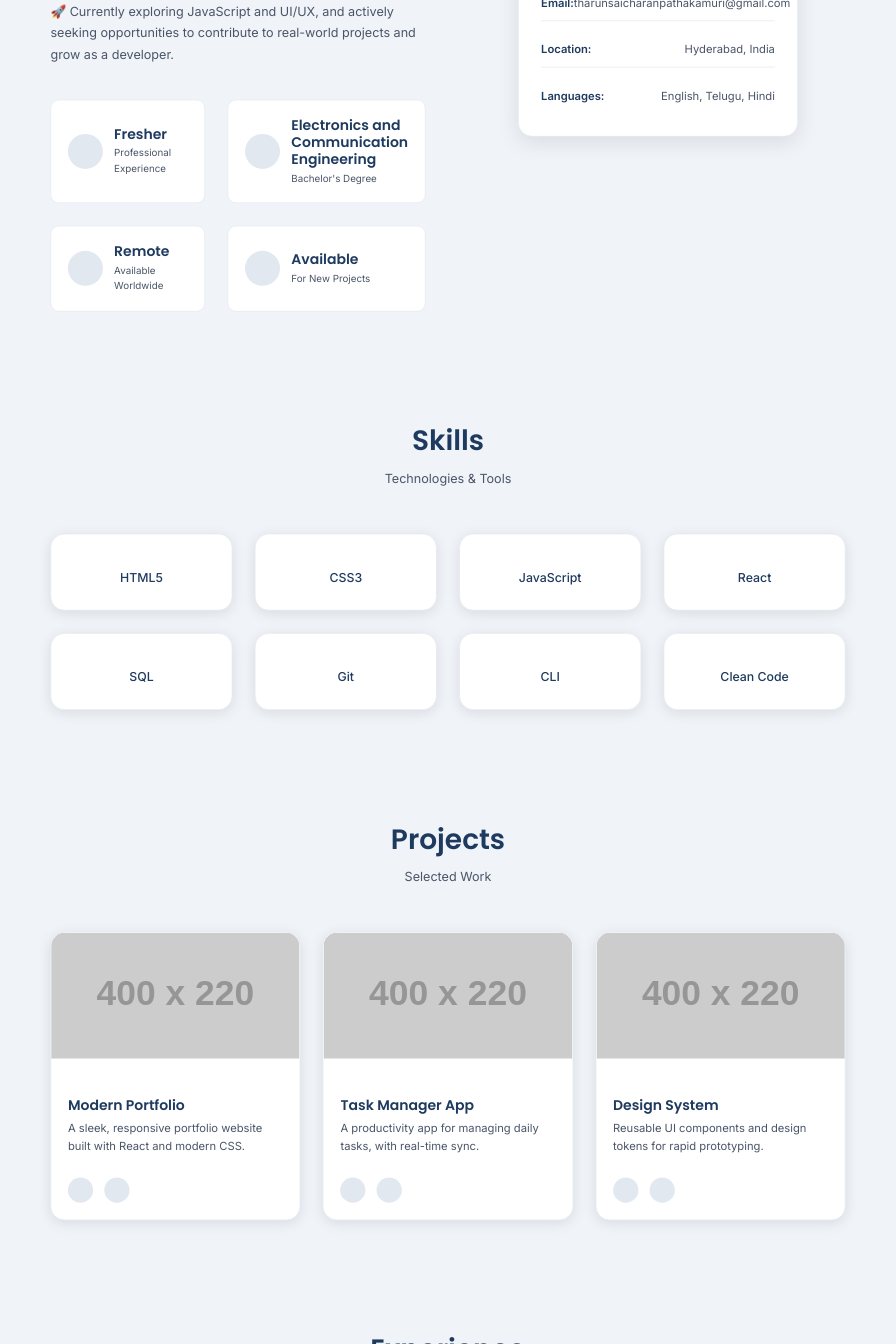
Repository: TharunPathakamuri/Portfolio
Page: index.html
The author's editor kept a copy of each file at every save. The page is drawn from the files as they stood at one save, then again after the next save.
The browser window is 1280 px wide. The pictures show the part of the page from y = 1156 to 3076 px (the page is 4852 px tall), at 70% of full size.

Above is the page before, as saved 2025-07-04 23:29:44.

### index.html
<!DOCTYPE html>
<html lang="en">
  <head>
    <meta charset="UTF-8" />
    <meta name="viewport" content="width=device-width, initial-scale=1.0" />
    <title>Tharun Pathakamuri - Portfolio</title>
    <meta
      name="description"
      content="Personal Portfolio - Modern Web Developer"
    />

    <!-- Google Fonts -->
    <link rel="preconnect" href="https://fonts.googleapis.com" />
    <link rel="preconnect" href="https://fonts.gstatic.com" crossorigin />
    <link
      href="https://fonts.googleapis.com/css2?family=Inter:wght@300;400;500;600;700&family=Poppins:wght@300;400;500;600;700&display=swap"
      rel="stylesheet"
    />

    <!-- Lucide Icons -->
    <link
      rel="stylesheet"
      href="https://cdn.jsdelivr.net/npm/lucide-static@0.292.0/font/lucide.css"
    />

    <!-- Custom CSS -->
    <link rel="stylesheet" href="styles.css" />
    <link rel="shortcut icon" href="favicon.ico" type="image/x-icon" />
  </head>
  <body>
    <!-- Navigation -->
    <nav class="navbar" id="navbar">
      <div class="container">
        <div class="nav-content">
          <div class="nav-logo">
            <h3>Portfolio</h3>
          </div>

          <ul class="nav-menu" id="nav-menu">
            <li><a href="#home" class="nav-link">Home</a></li>
            <li><a href="#about" class="nav-link">About</a></li>
            <li><a href="#skills" class="nav-link">Skills</a></li>
            <li><a href="#projects" class="nav-link">Projects</a></li>
            <li><a href="#experience" class="nav-link">Experience</a></li>
            <li><a href="#contact" class="nav-link">Contact</a></li>
          </ul>

          <div class="nav-actions">
            <button
              class="theme-toggle"
              id="theme-toggle"
              aria-label="Toggle dark mode"
            >
              <i class="lucide lucide-moon"></i>
            </button>

            <button
              class="mobile-menu-toggle"
              id="mobile-menu-toggle"
              aria-label="Toggle mobile menu"
            >
              <i class="lucide lucide-menu"></i>
            </button>
          </div>
        </div>
      </div>
    </nav>

    <!-- Hero Section -->
    <section id="home" class="hero">
      <div class="container">
        <div class="hero-content">
          <div class="hero-text">
            <div class="hero-greeting">
              <span class="wave">👋</span> Hello, I'm
            </div>

            <h1 class="hero-title">
              <span class="name">Tharun Sai Charan Pathakamuri</span>
              <span class="title">Junior Web Developer</span>
            </h1>

            <p class="hero-description">
              I create beautiful, functional, and user-centered digital
              experiences. Passionate about clean code, modern design, and
              innovative solutions.
            </p>

            <div class="hero-actions">
              <button
                class="btn btn-primary"
                onclick="scrollToSection('contact')"
              >
                <i class="lucide lucide-mail"></i>
                Get In Touch
              </button>

              <a
                href="THARUN_PATHAKAMUR_RESUME.pdf"
                class="btn btn-secondary"
                download
              >
                <i class="lucide lucide-download"></i>
                Download Resume
              </a>
            </div>

            <div class="hero-social">
              <a
                href="https://github.com/TharunPathakamuri"
                target="_blank"
                rel="noopener noreferrer"
                class="social-link"
              >
                <i class="lucide lucide-github"></i>
              </a>
              <a
                href="https://www.linkedin.com/in/tharun-pathakamuri/"
                target="_blank"
                rel="noopener noreferrer"
                class="social-link"
              >
                <i class="lucide lucide-linkedin"></i>
              </a>
            </div>
          </div>

          <div class="hero-visual">
            <div class="hero-image">
              <div class="image-placeholder">
                <div class="placeholder-text">JD</div>
              </div>
            </div>
          </div>
        </div>
      </div>
    </section>

    <!-- About Section -->
    <section id="about" class="about section">
      <div class="container">
        <div class="section-header">
          <h2 class="section-title">About Me</h2>
          <p class="section-subtitle">Get to know me better</p>
        </div>

        <div class="about-content">
          <div class="about-text">
            <div class="about-description">
              <p>
                🎓 I’m a B.Tech graduate in Electronics and Communication
                Engineering with a strong interest in web development and Python
                programming.
              </p>

              <p>
                💡 Skilled in HTML, CSS, SQL, and Git, I build
                responsive and user-friendly websites with clean code and
                creative UI.
              </p>

              <p>
               🚀 Currently exploring JavaScript and UI/UX, and
                actively seeking opportunities to contribute to real-world
                projects and grow as a developer.
              </p>
            </div>

            <div class="about-highlights">
              <div class="highlight-item">
                <div class="highlight-icon">
                  <i class="lucide lucide-briefcase"></i>
                </div>
                <div class="highlight-content">
                  <h4 class="highlight-title">Fresher</h4>
                  <p class="highlight-description">Professional Experience</p>
                </div>
              </div>

              <div class="highlight-item">
                <div class="highlight-icon">
                  <i class="lucide lucide-graduation-cap"></i>
                </div>
                <div class="highlight-content">
                  <h4 class="highlight-title">Electronics and Communication
                Engineering</h4>
                  <p class="highlight-description">Bachelor's Degree</p>
                </div>
              </div>

              <div class="highlight-item">
                <div class="highlight-icon">
                  <i class="lucide lucide-map-pin"></i>
                </div>
                <div class="highlight-content">
                  <h4 class="highlight-title">Remote</h4>
                  <p class="highlight-description">Available Worldwide</p>
                </div>
              </div>

              <div class="highlight-item">
                <div class="highlight-icon">
                  <i class="lucide lucide-calendar"></i>
                </div>
                <div class="highlight-content">
                  <h4 class="highlight-title">Available</h4>
                  <p class="highlight-description">For New Projects</p>
                </div>
              </div>
            </div>
          </div>

          <div class="about-visual">
            <div class="about-card">
              <div class="card-header">
                <h3>Personal Info</h3>
              </div>

              <div class="info-list">
                <div class="info-item">
                  <span class="info-label">Name:</span>
                  <span class="info-value">Tharun Sai Charan Pathakamuri</span>
                </div>

                <div class="info-item">
                  <span class="info-label">Email:</span>
                  <span class="info-value">tharunsaicharanpathakamuri@gmail.com</span>
                </div>

                <div class="info-item">
                  <span class="info-label">Location:</span>
                  <span class="info-value">Hyderabad, India</span>
                </div>

                <div class="info-item">
                  <span class="info-label">Languages:</span>
                  <span class="info-value">English, Telugu, Hindi</span>
                </div>
              </div>
            </div>
          </div>
        </div>
      </div>
    </section>

    <!-- Skills Section -->
    <section id="skills" class="skills section">
      <div class="container">
        <div class="section-header">
          <h2 class="section-title">Skills</h2>
          <p class="section-subtitle">Technologies & Tools</p>
        </div>

        <div class="skills-grid">
          <div class="skill-card">
            <div class="skill-icon">
              <i class="lucide lucide-code"></i>
            </div>
            <div class="skill-name">HTML5</div>
          </div>

          <div class="skill-card">
            <div class="skill-icon">
              <i class="lucide lucide-palette"></i>
            </div>
            <div class="skill-name">CSS3</div>
          </div>

          <div class="skill-card">
            <div class="skill-icon">
              <i class="lucide lucide-file-code"></i>
            </div>
            <div class="skill-name">JavaScript</div>
          </div>

          <div class="skill-card">
            <div class="skill-icon">
              <i class="lucide lucide-zap"></i>
            </div>
            <div class="skill-name">React</div>
          </div>


          <div class="skill-card">
            <div class="skill-icon">
              <i class="lucide lucide-database"></i>
            </div>
            <div class="skill-name">SQL</div>
          </div>

          <div class="skill-card">
            <div class="skill-icon">
              <i class="lucide lucide-git-branch"></i>
            </div>
            <div class="skill-name">Git</div>
          </div>


          <div class="skill-card">
            <div class="skill-icon">
              <i class="lucide lucide-terminal"></i>
            </div>
            <div class="skill-name">CLI</div>
          </div>

          <div class="skill-card">
            <div class="skill-icon">
              <i class="lucide lucide-check-circle"></i>
            </div>
            <div class="skill-name">Clean Code</div>
          </div>
        </div>
      </div>
    </section>

    <!-- Projects Section -->
    <section id="projects" class="projects section">
      <div class="container">
        <div class="section-header">
          <h2 class="section-title">Projects</h2>
          <p class="section-subtitle">Selected Work</p>
        </div>

        <div class="projects-grid">
          <div class="project-card">
            <div class="project-image">
              <img src="https://placehold.co/400x220" alt="Modern Portfolio" />
            </div>
            <div class="project-content">
              <h3 class="project-title">Modern Portfolio</h3>
              <p class="project-description">
                A sleek, responsive portfolio website built with React and
                modern CSS.
              </p>
              <div class="project-tech">
                <span class="tech-icon"><i class="lucide lucide-zap"></i></span>
                <span class="tech-icon"
                  ><i class="lucide lucide-image"></i
                ></span>
              </div>
              <div class="project-links">
                <a
                  href="https://github.com"
                  target="_blank"
                  rel="noopener noreferrer"
                  class="project-link"
                >
                  <i class="lucide lucide-github"></i>
                </a>
                <a
                  href="#"
                  target="_blank"
                  rel="noopener noreferrer"
                  class="project-link"
                >
                  <i class="lucide lucide-external-link"></i>
                </a>
              </div>
            </div>
          </div>

          <div class="project-card">
            <div class="project-image">
              <img src="https://placehold.co/400x220" alt="Task Manager App" />
            </div>
            <div class="project-content">
              <h3 class="project-title">Task Manager App</h3>
              <p class="project-description">
                A productivity app for managing daily tasks, with real-time
                sync.
              </p>
              <div class="project-tech">
                <span class="tech-icon"><i class="lucide lucide-zap"></i></span>
                <span class="tech-icon"
                  ><i class="lucide lucide-server"></i
                ></span>
                <span class="tech-icon"
                  ><i class="lucide lucide-database"></i
                ></span>
              </div>
              <div class="project-links">
                <a
                  href="https://github.com"
                  target="_blank"
                  rel="noopener noreferrer"
                  class="project-link"
                >
                  <i class="lucide lucide-github"></i>
                </a>
                <a
                  href="#"
                  target="_blank"
                  rel="noopener noreferrer"
                  class="project-link"
                >
                  <i class="lucide lucide-external-link"></i>
                </a>
              </div>
            </div>
          </div>

          <div class="project-card">
            <div class="project-image">
              <img src="https://placehold.co/400x220" alt="Design System" />
            </div>
            <div class="project-content">
              <h3 class="project-title">Design System</h3>
              <p class="project-description">
                Reusable UI components and design tokens for rapid prototyping.
              </p>
              <div class="project-tech">
                <span class="tech-icon"
                  ><i class="lucide lucide-image"></i
                ></span>
                <span class="tech-icon"><i class="lucide lucide-zap"></i></span>
              </div>
              <div class="project-links">
                <a
                  href="https://github.com"
                  target="_blank"
                  rel="noopener noreferrer"
                  class="project-link"
                >
                  <i class="lucide lucide-github"></i>
                </a>
                <a
                  href="#"
                  target="_blank"
                  rel="noopener noreferrer"
                  class="project-link"
                >
                  <i class="lucide lucide-external-link"></i>
                </a>
              </div>
            </div>
          </div>
        </div>
      </div>
    </section>

    <!-- Experience Section -->
    <section id="experience" class="experience section">
      <div class="container">
        <div class="section-header">
          <h2 class="section-title">Experience</h2>
          <p class="section-subtitle">Work & Roles</p>
        </div>

        <div class="experience-timeline">
          <div class="exp-card">
            <div class="exp-header">
              <i class="lucide lucide-briefcase exp-icon"></i>
              <div>
                <h3 class="exp-role">Frontend Developer</h3>
                <div class="exp-company">Tech Solutions</div>
              </div>
            </div>
            <div class="exp-meta">
              <span class="exp-location"
                ><i class="lucide lucide-map-pin"></i> Remote</span
              >
              <span class="exp-period"
                ><i class="lucide lucide-calendar"></i> 2022 - Present</span
              >
            </div>
            <div class="exp-description">
              Building modern, responsive UIs and collaborating with
              cross-functional teams to deliver high-quality web applications.
            </div>
          </div>

          <div class="exp-card">
            <div class="exp-header">
              <i class="lucide lucide-briefcase exp-icon"></i>
              <div>
                <h3 class="exp-role">Web Developer</h3>
                <div class="exp-company">Creative Studio</div>
              </div>
            </div>
            <div class="exp-meta">
              <span class="exp-location"
                ><i class="lucide lucide-map-pin"></i> San Francisco, CA</span
              >
              <span class="exp-period"
                ><i class="lucide lucide-calendar"></i> 2020 - 2022</span
              >
            </div>
            <div class="exp-description">
              Developed and maintained websites for clients, focusing on
              performance, accessibility, and clean code.
            </div>
          </div>

          <div class="exp-card">
            <div class="exp-header">
              <i class="lucide lucide-briefcase exp-icon"></i>
              <div>
                <h3 class="exp-role">Intern Developer</h3>
                <div class="exp-company">Startup Hub</div>
              </div>
            </div>
            <div class="exp-meta">
              <span class="exp-location"
                ><i class="lucide lucide-map-pin"></i> Remote</span
              >
              <span class="exp-period"
                ><i class="lucide lucide-calendar"></i> 2019 - 2020</span
              >
            </div>
            <div class="exp-description">
              Assisted in building MVPs, learning best practices, and
              contributing to open-source projects.
            </div>
          </div>
        </div>
      </div>
    </section>

    <!-- Contact Section -->
    <section id="contact" class="contact section">
      <div class="container">
        <div class="section-header">
          <h2 class="section-title">Contact</h2>
          <p class="section-subtitle">Let's connect</p>
        </div>

        <div class="contact-content">
          <div class="contact-info">
            <div class="contact-item">
              <i class="lucide lucide-mail"></i>
              <span>john@example.com</span>
            </div>
            <div class="contact-item">
              <i class="lucide lucide-map-pin"></i>
              <span>San Francisco, CA</span>
            </div>
            <div class="contact-social">
              <a
                href="https://github.com"
                target="_blank"
                rel="noopener noreferrer"
                class="social-link"
              >
                <i class="lucide lucide-github"></i>
              </a>
              <a
                href="https://linkedin.com"
                target="_blank"
                rel="noopener noreferrer"
                class="social-link"
              >
                <i class="lucide lucide-linkedin"></i>
              </a>
            </div>
          </div>

          <form class="contact-form" id="contact-form">
            <div class="form-group">
              <label for="name">Name</label>
              <input id="name" type="text" required />
              <span class="form-error" id="name-error"></span>
            </div>

            <div class="form-group">
              <label for="email">Email</label>
              <input id="email" type="email" required />
              <span class="form-error" id="email-error"></span>
            </div>

            <div class="form-group">
              <label for="message">Message</label>
              <textarea id="message" rows="4" required></textarea>
              <span class="form-error" id="message-error"></span>
            </div>

            <button type="submit" class="btn btn-primary">Send Message</button>
            <div class="form-success" id="form-success"></div>
          </form>
        </div>
      </div>
    </section>

    <!-- Footer -->
    <footer class="footer">
      <div class="container">
        <div class="footer-content">
          <span
            >&copy; <span id="current-year"></span> John Doe. All rights
            reserved.</span
          >
          <button
            class="footer-top"
            onclick="scrollToTop()"
            aria-label="Back to top"
          >
            <i class="lucide lucide-arrow-up"></i>
          </button>
        </div>
      </div>
    </footer>

    <!-- Custom JavaScript -->
    <script src="script.js"></script>
  </body>
</html>

Loaded but not shown: script.js (335 lines, source omitted); styles.css (1099 lines, source omitted)

After the next save:
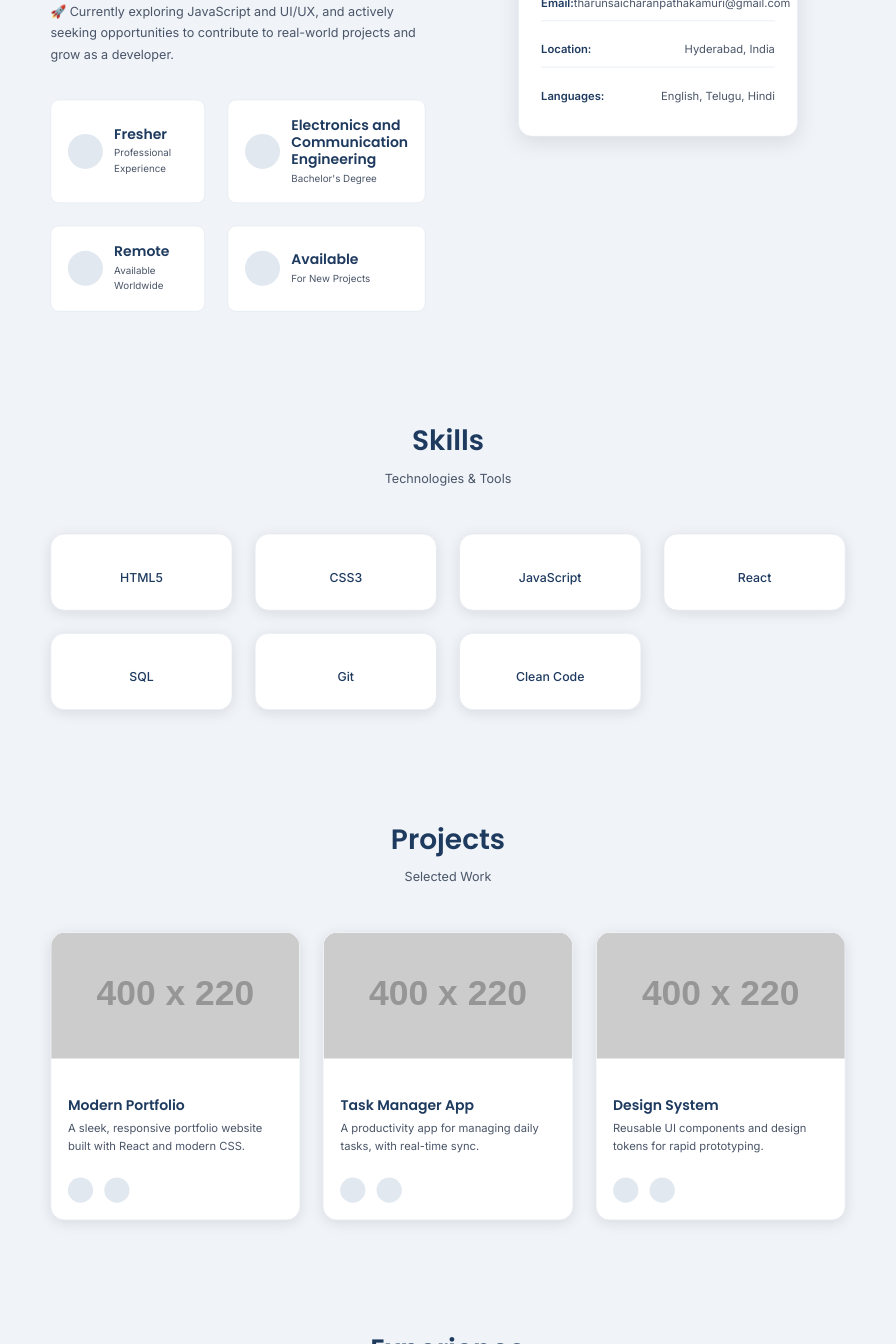
Saved 19 s later.
--- a/index.html
+++ b/index.html
@@ -296,12 +296,6 @@
           </div>
 
 
-          <div class="skill-card">
-            <div class="skill-icon">
-              <i class="lucide lucide-terminal"></i>
-            </div>
-            <div class="skill-name">CLI</div>
-          </div>
 
           <div class="skill-card">
             <div class="skill-icon">
